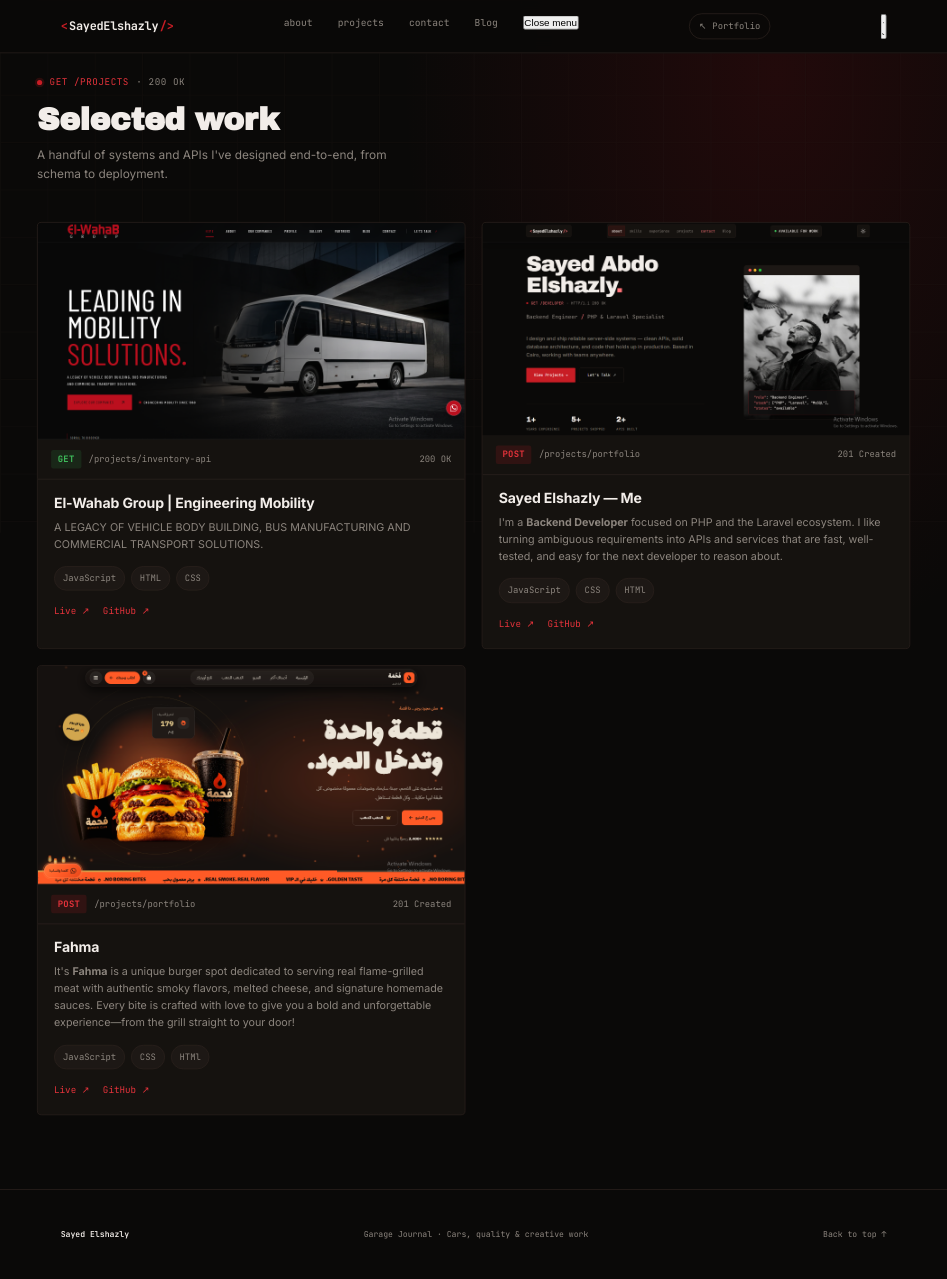
Repository: sayedelshazly/Portfolio.SE
Page: projects.html
An editor plug-in stored every save of this project. The page is shown before and after a run of saves, followed by the edit.
The browser window is 1280 px wide. The pictures show the whole page, at 74% of full size.

Above is the page before, as saved 2026-10-31 09:00:44.
Console error: TypeError: Cannot read properties of null (reading 'addEventListener')

### projects.html
<!doctype html>
<html lang="en" data-theme="dark">

<head>
    <meta charset="utf-8">
    <meta name="viewport" content="width=device-width, initial-scale=1">
    <meta name="description" content="Notes on cars, automotive quality, and content creation by Sayed Elshazly.">
    <title>Garage Journal — Sayed Elshazly</title>
    <script>
        (() => {
            try {
                const saved = localStorage.getItem('portfolio-theme');
                const light = saved ? saved === 'light' : matchMedia('(prefers-color-scheme: light)').matches;
                document.documentElement.dataset.theme = light ? 'light' : 'dark';
            } catch {
                /* Keep the default theme when storage is unavailable. */
            }
        })();
        document.documentElement.classList.add('is-loading');
        window.__pageLoadStartedAt = performance.now();
    </script>
    <link rel="preconnect" href="https://fonts.googleapis.com">
    <link rel="preconnect" href="https://fonts.gstatic.com" crossorigin>
    <link
        href="https://fonts.googleapis.com/css2?family=Archivo+Black&family=JetBrains+Mono:wght@400;500;600;700&family=Inter:wght@400;500;600;700;800&display=swap"
        rel="stylesheet">
    <link rel="stylesheet" href="style.css">
    <link rel="stylesheet" href="blog.css">
</head>

<body class="journal-page">
    <div class="preloader" id="preloader" role="status" aria-live="polite" aria-label="Loading journal">
        <div class="loader-content">
            <span class="loader-mark"><span>&lt;</span>SE<span>/&gt;</span></span>
            <span class="loader-spinner" aria-hidden="true"></span>
            <span class="loader-text">Opening the journal</span>
            <span class="loader-progress" aria-hidden="true"><span></span></span>
        </div>
    </div>

    <header>
        <div class="reading-progress" aria-hidden="true"><span id="readingProgress"></span></div>
        <nav aria-label="Main navigation">
            <a class="logo" href="index.html#top" aria-label="Sayed Elshazly, portfolio home"><span
                    class="br">&lt;</span>SayedElshazly<span class="br">/&gt;</span></a>
            <button class="nav-toggle" type="button" aria-expanded="false" aria-controls="journal-navigation"
                aria-label="Open navigation">
                <span></span><span></span>
            </button>
            <ul class="nav-links" id="journal-navigation">
                <li><a href="index.html#about">about</a></li>
                <li><a href="index.html#projects">projects</a></li>
                <li><a href="index.html#contact">contact</a></li>
                <li><a href="blog.html">Blog</a></li>
                <li class="nav-close-item"><button class="nav-close" type="button">Close menu</button></li>
            </ul>
            <a class="status-pill journal-home" href="index.html#top"><span aria-hidden="true">↖</span><span
                    class="label">Portfolio</span></a>
            <button class="theme-toggle" id="themeToggle" type="button" aria-label="Switch to light mode"
                title="Switch to light mode">
                <svg class="theme-icon-sun" viewBox="0 0 24 24" aria-hidden="true" focusable="false">
                    <circle cx="12" cy="12" r="4"></circle>
                    <path
                        d="M12 2v2m0 16v2M4.93 4.93l1.42 1.42m11.3 11.3 1.42 1.42M2 12h2m16 0h2M4.93 19.07l1.42-1.42m11.3-11.3 1.42-1.42">
                    </path>
                </svg>
                <svg class="theme-icon-moon" viewBox="0 0 24 24" aria-hidden="true" focusable="false">
                    <path d="M20.2 15.1A8.5 8.5 0 0 1 8.9 3.8 8.6 8.6 0 1 0 20.2 15.1Z"></path>
                </svg>
            </button>
        </nav>
    </header>

    <!-- ================= PROJECTS ================= -->
    <section class="projects wrap" id="projects">
        <div class="section-head">
            <div class="eyebrow">GET /projects <span class="status">· 200 OK</span></div>
            <h2>Selected work</h2>
            <p>A handful of systems and APIs I've designed end-to-end, from schema to deployment.</p>
        </div>
        <div class="project-grid">

            <div class="project-card">
                <figure class="project-visual">
                    <img src="./assets/blog/Screenshot (329)(1).png" alt="Illustrative inventory dashboard preview"
                        loading="lazy" decoding="async">
                </figure>
                <div class="pc-top">
                    <span class="method get">GET</span>
                    <span class="route">/projects/inventory-api</span>
                    <span class="status-code">200 OK</span>
                </div>
                <div class="pc-body">
                    <h3>El-Wahab Group | Engineering Mobility</h3>
                    <p>A LEGACY OF VEHICLE BODY BUILDING, BUS MANUFACTURING AND
                        COMMERCIAL TRANSPORT SOLUTIONS.</p>
                    <div class="tag-row" style="margin-bottom:18px;">
                        <span class="tag">JavaScript</span><span class="tag">HTML</span><span class="tag">CSS</span>
                    </div>
                    <div class="pc-links">
                        <!-- <a href="elwahab-groub.up.railway.app"></a> -->
                        <a href="https://elwahab-groub.vercel.app/" target="_blank" rel="noopener">Live ↗</a>
                        <a href="#">GitHub ↗</a>
                    </div>
                </div>
            </div>

            <div class="project-card">
                <figure class="project-visual">
                    <img src="./assets/blog/Screenshot (332)(1).png" alt="Illustrative booking calendar preview"
                        loading="lazy" decoding="async">
                </figure>
                <div class="pc-top">
                    <span class="method post">POST</span>
                    <span class="route">/projects/portfolio</span>
                    <span class="status-code">201 Created</span>
                </div>
                <div class="pc-body">
                    <h3>Sayed Elshazly — Me</h3>
                    <p>I'm a <b>Backend Developer</b> focused on PHP and the Laravel ecosystem. I like
                        turning ambiguous requirements into APIs and services that are fast, well-tested,
                        and easy for the next developer to reason about.</p>
                    <div class="tag-row" style="margin-bottom:18px;">
                        <span class="tag">JavaScript</span><span class="tag">CSS</span><span class="tag">HTMl</span>
                    </div>
                    <div class="pc-links">
                        <!-- <a href="https://selshazly-portfolio.up.railway.app">Live ↗</a> -->
                        <a href="https://portfoliosedev.vercel.app/" target="_blank">Live ↗</a>
                        <!-- <a href="https://selshazly-portfolio.up.railway.app" target="_blank" rel="noopener">Live ↗</a> -->

                        <a href="#">GitHub ↗</a>
                    </div>
                </div>
            </div>
            <div class="project-card">
                <figure class="project-visual">
                    <img src="./assets/blog/Screenshot (375)(1).png" alt="Illustrative booking calendar preview"
                        loading="lazy" decoding="async">
                </figure>
                <div class="pc-top">
                    <span class="method post">POST</span>
                    <span class="route">/projects/portfolio</span>
                    <span class="status-code">201 Created</span>
                </div>
                <div class="pc-body">
                    <h3>Fahma</h3>
                    <p>It's <b>Fahma</b> is a unique burger spot dedicated to serving real flame-grilled meat with
                        authentic smoky flavors, melted cheese, and signature homemade sauces. Every bite is crafted
                        with love to
                        give you a bold and unforgettable experience—from the grill straight to your door!</p>
                    <div class="tag-row" style="margin-bottom:18px;">
                        <span class="tag">JavaScript</span><span class="tag">CSS</span><span class="tag">HTMl</span>
                    </div>
                    <div class="pc-links">
                        <!-- <a href="https://selshazly-portfolio.up.railway.app">Live ↗</a> -->
                        <a href="https://fahma-lv.vercel.app" target="_blank">Live ↗</a>
                        <!-- <a href="https://selshazly-portfolio.up.railway.app" target="_blank" rel="noopener">Live ↗</a> -->

                        <a href="#">GitHub ↗</a>
                    </div>
                </div>
            </div>

        </div>
    </section>

    <footer class="journal-footer">
        <div class="wrap"><a href="index.html#top">Sayed Elshazly</a><span>Garage Journal · Cars, quality &amp; creative
                work</span><a href="#top">Back to top ↑</a></div>
    </footer>
    <script src="main.js"></script>
</body>

</html>

### blog.css
.journal-page {
    --journal-rule: color-mix(in srgb, var(--line) 78%, var(--text-muted));
    background:
        radial-gradient(ellipse at 82% 6%, color-mix(in srgb, var(--red-deep) 24%, transparent), transparent 34%),
        var(--bg-void);
}

.journal-page header {
    background: color-mix(in srgb, var(--bg-void) 95%, transparent);
}

.journal-page .journal-home {
    text-decoration: none;
}

.journal {
    max-width: 1280px;
    padding-top: 116px;
}

.journal-intro {
    display: grid;
    grid-template-columns: minmax(0, 1.35fr) minmax(270px, .65fr);
    align-items: end;
    gap: clamp(38px, 8vw, 110px);
    padding: 52px 0 46px;
}

.byline-label,
.feature-meta,
.aside-label,
.category-heading > span,
.story-kind,
.article-topic {
    color: var(--red-readable);
    font: 500 12px/1.5 var(--mono);
    letter-spacing: .08em;
    text-transform: uppercase;
}

.journal-heading h1 {
    max-width: 760px;
    font: 400 clamp(54px, 8vw, 100px)/.94 var(--display);
    letter-spacing: -.045em;
}

.journal-heading h1 > span:first-child { color: var(--text-muted); }
.journal-heading .accent { color: var(--red-readable); }

.journal-deck {
    max-width: 610px;
    margin-top: 26px;
    color: var(--text-muted);
    font-size: clamp(17px, 1.6vw, 20px);
    line-height: 1.65;
}

.journal-byline {
    padding: 0 0 4px 25px;
    border-left: 1px solid var(--journal-rule);
}

.byline-label { margin-bottom: 10px; }
.byline-name { margin-bottom: 8px; font-size: 20px; font-weight: 700; }
.journal-byline > p:not(.byline-label):not(.byline-name) { max-width: 34ch; color: var(--text-muted); font-size: 15px; }
.journal-byline a { display: inline-flex; gap: 9px; align-items: center; margin-top: 17px; color: var(--text-primary); font-size: 14px; font-weight: 600; }
.journal-byline a span { color: var(--red-readable); }

.journal-feature {
    display: grid;
    padding: 10px;
    grid-template-columns: minmax(0, 1.3fr) minmax(260px, .7fr);
    border-block: 1px solid var(--journal-rule);
    background: color-mix(in srgb, var(--bg-surface) 72%, transparent);
}

.feature-copy { padding: clamp(26px, 4vw, 52px) clamp(24px, 5vw, 64px) clamp(26px, 4vw, 48px) 0; }
.feature-meta { display: flex; flex-wrap: wrap; gap: 8px 22px; }
.feature-meta span + span { color: var(--text-muted); }
.feature-copy h2 { max-width: 650px; margin: 18px 0 14px; font: 400 clamp(30px, 4.2vw, 51px)/1.08 var(--display); letter-spacing: -.035em; }
.feature-copy > p { max-width: 62ch; color: var(--text-muted); font-size: 16px; line-height: 1.7; }
.feature-link { display: inline-flex; align-items: center; gap: 14px; margin-top: 23px; color: var(--text-primary); font-weight: 600; }
.feature-link span { color: var(--red-readable); transition: transform .2s ease; }
.feature-link:hover span { transform: translate(3px, 3px); }

.feature-aside {
    display: flex;
    flex-direction: column;
    justify-content: space-between;
    padding: 30px clamp(22px, 3vw, 40px);
    border-left: 1px solid var(--journal-rule);
    background: color-mix(in srgb, var(--bg-surface-2) 55%, transparent);
}

.feature-aside ul { margin: 22px 0; }
.feature-aside li { display: flex; gap: 13px; align-items: baseline; padding: 14px 0; border-top: 1px solid var(--line); font-size: 14px; }
.feature-aside li span { color: var(--red-readable); font: 500 12px var(--mono); }
.aside-note { max-width: 31ch; color: var(--text-muted); font-size: 13px; }

.journal-archive { padding: 68px 0 76px; }
.archive-heading,
.reading-heading { display: flex; justify-content: space-between; align-items: baseline; gap: 24px; margin-bottom: 27px; }
.archive-heading h2,
.reading-heading h2 { font-family: var(--display); font-size: 34px; font-weight: 400; line-height: 1.15; letter-spacing: -.025em; }
.archive-heading p,
.reading-heading p { color: var(--text-muted); font-size: 14px; }

.journal-categories { display: grid; grid-template-columns: repeat(3, minmax(0, 1fr)); gap: clamp(22px, 4vw, 54px); }
.journal-category { border-top: 2px solid var(--red-primary); padding-top: 15px; }
.category-heading { display: flex; justify-content: space-between; gap: 12px; align-items: baseline; margin-bottom: 11px; }
.category-heading h3 { font: 400 21px/1.2 var(--display); letter-spacing: -.02em; }
.category-heading > span { color: var(--text-muted); font-size: 11px; }
.archive-story { position: relative; display: grid; grid-template-columns: minmax(0, 1fr) auto; gap: 6px 12px; align-items: center; padding: 15px 6px 14px 0; border-bottom: 1px solid var(--line); }
.story-title { max-width: 28ch; font-size: 15px; line-height: 1.4; font-weight: 600; transition: color .18s ease; }
.story-kind { color: var(--text-muted); font-size: 11px; }
.story-arrow { grid-column: 2; grid-row: 1 / 3; color: var(--red-readable); font-size: 17px; transition: transform .18s ease; }
.archive-story:hover .story-title { color: var(--red-readable); }
.archive-story:hover .story-arrow { transform: translate(3px, -3px); }

.journal-reading { padding: 58px 0 40px; border-top: 1px solid var(--journal-rule); }
.reading-list { display: grid; grid-template-columns: repeat(2, minmax(0, 1fr)); column-gap: clamp(30px, 7vw, 94px); }
.journal-article { scroll-margin-top: 106px; padding: 30px 0 32px; border-top: 1px solid var(--line); }
.journal-article:nth-child(odd) { padding-right: 16px; }
.journal-article:nth-child(even) { padding-left: 16px; }
.article-topic { margin-bottom: 10px; font-size: 11px; }
.article-topic span { color: var(--text-muted); }
.journal-article h3 { max-width: 22ch; margin-bottom: 14px; font-family: var(--display); font-size: 28px; font-weight: 400; line-height: 1.18; letter-spacing: -.025em; }
.journal-article > p:not(.article-topic) { max-width: 65ch; margin-top: 11px; color: var(--text-muted); font-size: 15px; line-height: 1.75; }

.journal-close { display: flex; justify-content: space-between; align-items: center; gap: 20px; margin: 22px 0 0; padding: 24px 0; border-top: 1px solid var(--journal-rule); }
.journal-close p { color: var(--text-muted); font-size: 15px; }
.journal-close a { display: inline-flex; align-items: center; gap: 10px; min-height: 44px; padding: 0 17px; border: 1px solid var(--journal-rule); font-weight: 600; }
.journal-close a span { color: var(--red-readable); }
.journal-close a:hover { border-color: var(--red-primary); background: var(--bg-surface); }

.journal-footer { border-top: 1px solid var(--line); }
.journal-footer .wrap { display: flex; justify-content: space-between; gap: 20px; padding-top: 23px; padding-bottom: 26px; color: var(--text-muted); font: 11px/1.5 var(--mono); }
.journal-footer a:first-child { color: var(--text-primary); font-weight: 600; }
.journal-footer a:hover { color: var(--red-readable); }

.journal-page .nav-links a[aria-current="page"] { color: var(--text-primary); }
.journal-page .nav-links a[aria-current="page"]::after { width: 100%; }
.journal-page .nav-links li:not(.nav-close-item) { padding-bottom: 8px; }

@media (min-width: 921px) {
    .journal-page .nav-links a[aria-current="page"] { border-color: color-mix(in srgb, var(--red-primary) 35%, transparent); background: color-mix(in srgb, var(--red-primary) 14%, transparent); }
    .journal-page .nav-links a[href="index.html#contact"] { color: var(--text-muted); }
}

@media (max-width: 920px) {
    .journal { padding-top: 95px; }
    .journal-intro { grid-template-columns: minmax(0, 1fr) minmax(220px, .6fr); gap: 34px; padding-top: 44px; }
    .journal-categories { gap: 24px; }
}

@media (max-width: 700px) {
    .journal-intro { grid-template-columns: 1fr; gap: 28px; padding: 40px 0 32px; }
    .journal-heading h1 { font-size: clamp(54px, 13vw, 82px); }
    .journal-deck { margin-top: 20px; font-size: 17px; }
    .journal-byline { padding: 0 0 0 17px; }
    .journal-feature { grid-template-columns: 1fr; }
    .feature-copy { padding: 25px 0 28px; }
    .feature-copy h2 { font-size: clamp(30px, 8vw, 43px); }
    .feature-aside { border-left: 0; border-top: 1px solid var(--journal-rule); padding: 22px 18px; }
    .feature-aside ul { margin: 12px 0; }
    .journal-categories { grid-template-columns: 1fr; gap: 32px; }
    .journal-archive { padding: 50px 0 54px; }
    .archive-heading, .reading-heading { display: block; }
    .archive-heading h2, .reading-heading h2 { font-size: 30px; }
    .journal-article h3 { font-size: 25px; }
    .archive-heading p, .reading-heading p { margin-top: 8px; }
    .reading-list { grid-template-columns: 1fr; }
    .journal-article:nth-child(odd), .journal-article:nth-child(even) { padding-right: 0; padding-left: 0; }
    .journal-close { align-items: flex-start; flex-direction: column; }
    .journal-footer .wrap { flex-wrap: wrap; }
}

@media (prefers-reduced-motion: reduce) {
    .feature-link span, .story-title, .story-arrow { transition: none; }
}

Loaded but not shown: main.js (76 lines, source omitted); style.css (2091 lines, source omitted)

After the next 3 saves:
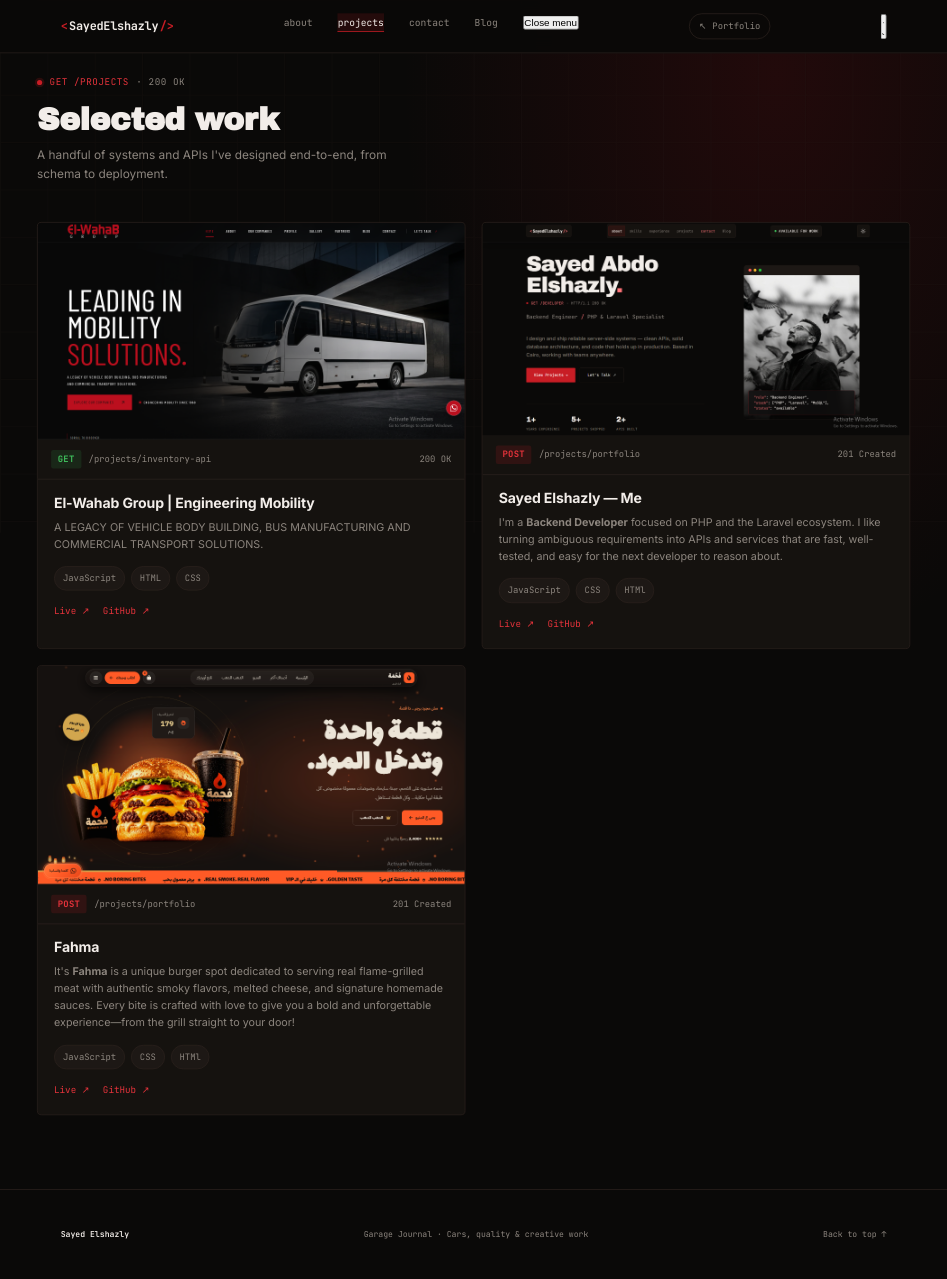
The 3 saves are shown as one change because they came seconds apart.
The last was saved 10 s later.
--- a/projects.html
+++ b/projects.html
@@ -49,7 +49,7 @@
             </button>
             <ul class="nav-links" id="journal-navigation">
                 <li><a href="index.html#about">about</a></li>
-                <li><a href="index.html#projects">projects</a></li>
+                <li><a href="index.html#projects" aria-current="page">projects</a></li>
                 <li><a href="index.html#contact">contact</a></li>
                 <li><a href="blog.html">Blog</a></li>
                 <li class="nav-close-item"><button class="nav-close" type="button">Close menu</button></li>
